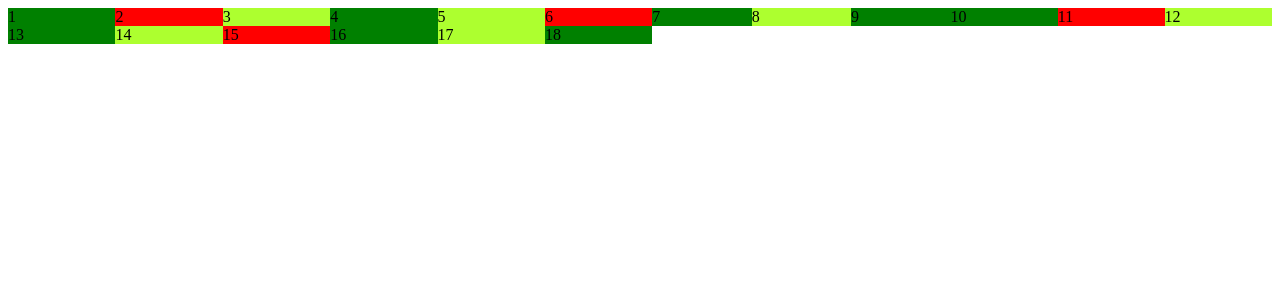
Repository: motiejus1/09-paskaita-05.31
Page: index.html
These files come from the project's save history. The page is drawn as it stood at one moment and after the next save; the edit follows.
The browser window is 1280 px wide. The pictures show the whole page.

Above is the page before, as saved 2021-06-15 18:51:13.

### index.html
<!DOCTYPE html>
<html lang="en">
<head>
    <meta charset="UTF-8">
    <meta http-equiv="X-UA-Compatible" content="IE=edge">
    <meta name="viewport" content="width=device-width, initial-scale=1.0">
    <title>9 paskaita</title>
    <style>
        .grid-container {
            display: grid;
            grid-template-columns: auto auto auto auto auto auto auto auto auto auto auto auto;
            grid-column-gap:  ;
        }

        .zalia {
            background-color: green;
        }

        .raudona {
            background-color: red;
        }

        .geltona {
            background: greenyellow;
        }
    </style>
</head>
<body>
    <div class="grid-container">
        <div class="grid-item zalia">1</div>
        <div class="grid-item raudona">2</div>
        <div class="grid-item geltona">3</div>
        <div class="grid-item zalia">4</div>
        <div class="grid-item geltona">5</div>
        <div class="grid-item raudona">6</div>
        <div class="grid-item zalia">7</div>
        <div class="grid-item geltona">8</div>
        <div class="grid-item zalia">9</div>
        <div class="grid-item zalia">10</div>
        <div class="grid-item raudona">11</div>
        <div class="grid-item geltona">12</div>
        <div class="grid-item zalia">13</div>
        <div class="grid-item geltona">14</div>
        <div class="grid-item raudona">15</div>
        <div class="grid-item zalia">16</div>
        <div class="grid-item geltona">17</div>
        <div class="grid-item zalia">18</div>
    </div>

</body>
</html>

After the next save:
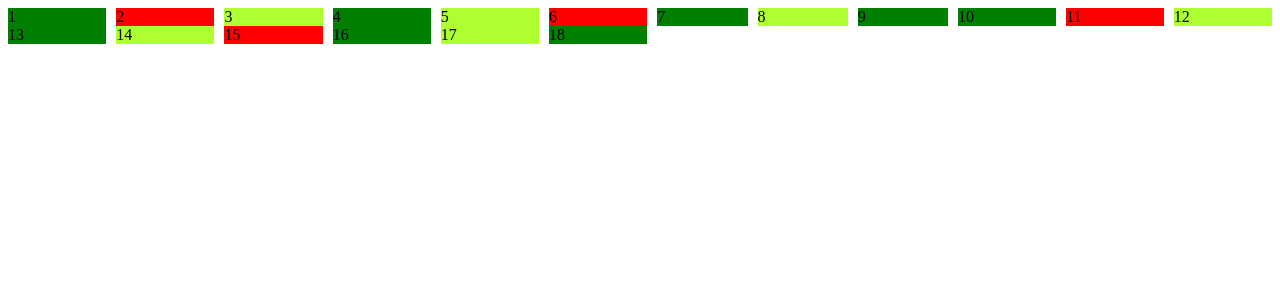
Saved 4 s later.
--- a/index.html
+++ b/index.html
@@ -9,7 +9,7 @@
         .grid-container {
             display: grid;
             grid-template-columns: auto auto auto auto auto auto auto auto auto auto auto auto;
-            grid-column-gap:  ;
+            grid-column-gap: 10px ;
         }
 
         .zalia {
